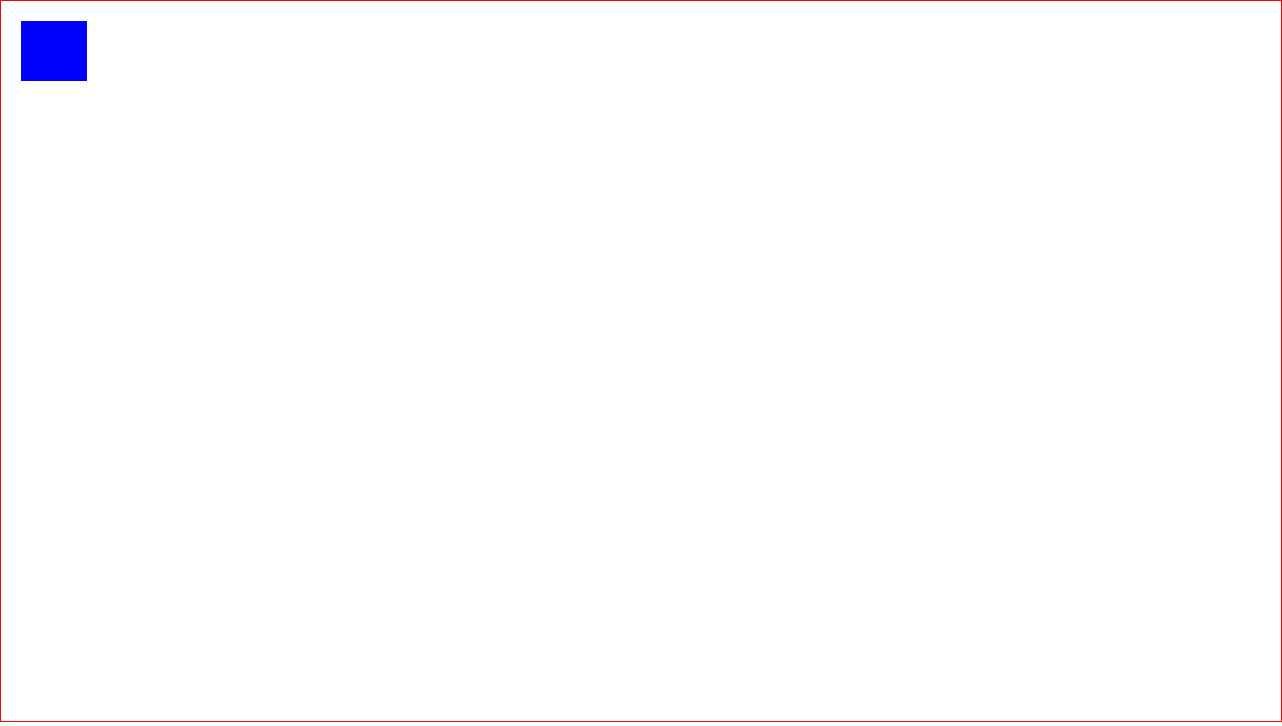
Repository: chenguocan/canvas-demo-1
Page: index.html
The author's editor kept a copy of each file at every save. The page is drawn from the files as they stood at one save, then again after the next save.
The browser window is 1280 px wide. The page is 1282 px wide, then 1280 px, so the pictures cover 1282 px, including what lies to the right of the window. The pictures show the whole page.

Above is the page before, as saved 2020-07-19 05:42:53.

After the next save:
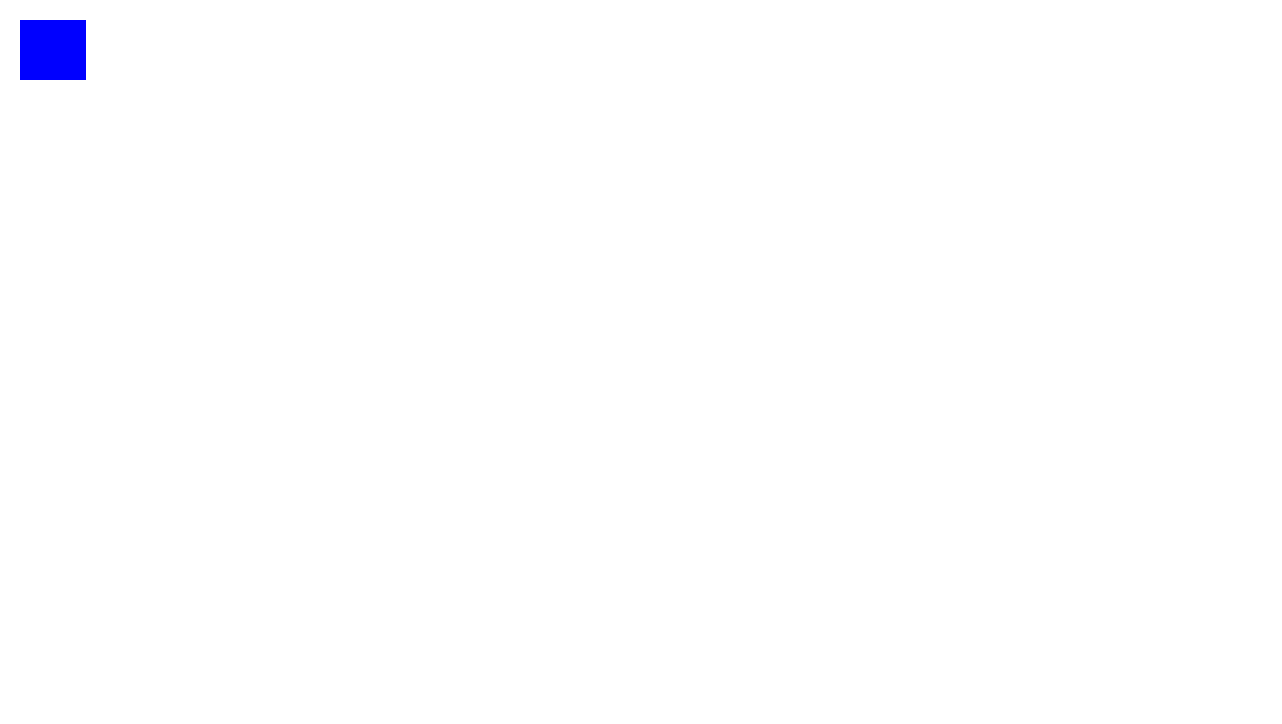
Saved 10 s later.
--- a/index.html
+++ b/index.html
@@ -9,9 +9,6 @@
         margin: 0;
         padding: 0;
         box-sizing: border-box;
-      }
-      #canvas {
-        border: 1px solid red;
       }
     </style>
   </head>
